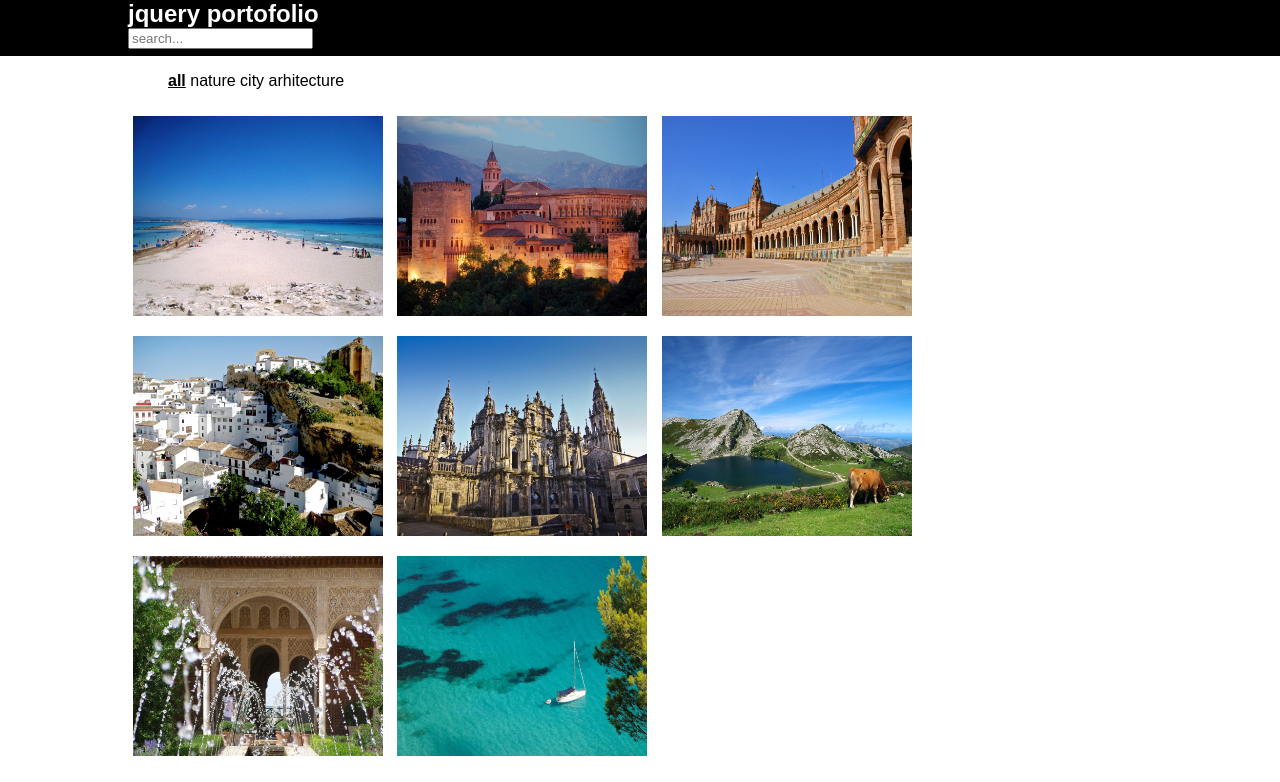
Repository: cpatrut/spring
Page: http://localhost/sparta/home.jsp
The author's editor kept a copy of each file at every save. The page is drawn from the files as they stood at one save, then again after the next save.
The browser window is 1280 px wide. The pictures show the whole page.
The page is served by Tomcat 9. Other server files are loaded and not shown.

Above is the page before, as saved 2015-06-14 12:37:35.

### sparta/WebContent/home.jsp
<%@ page language="java" contentType="text/html; charset=UTF-8"
    pageEncoding="UTF-8"%>
<!DOCTYPE html PUBLIC "-//W3C//DTD HTML 4.01 Transitional//EN" "http://www.w3.org/TR/html4/loose.dtd">
<html>
<head>
<title>This is porto</title>
<script type="text/javascript" src="js/jquery-1.9.1.min.js">

</script>
<link rel="stylesheet" type="text/css" href="css/style.css"/>
<script type="text/javascript" src="js/script.js">
</script>
<script type="text/javascript" src="js/filter.js">
</script>

<script type="text/javascript" src="js/jquery-ui-1.10.4.custom.min.js">
</script>
<meta http-equiv="Content-Type" content="text/html; charset=UTF-8">

</head>
<body>

	<div id="header">
		<div id="menu">
			<h2>jquery portofolio</h2>
			<input type="text" placeholder="search..."/>
		</div>
	</div>
	<div id="overlay">
	</div>
	<div id="frame">
		<table>
		<tr>
			<td  id="left">
				<img src="images/left.png" alt="left"/>

		</td>
			<td id="right">
				<img src="images/right.png" alt="right"/>
			</td>
		</tr></table>
		<img id="main" src="" alt=""/>
		<div id="description">
			<p></p>
		</div>
	</div>
	<div id="wrapper">
		<ul id="filter">
			<li class="active">all</li>
			<li>nature</li>
			<li>city</li>
			<li>arhitecture</li>
		</ul>
	<%@include file="list.jsp" %>
	</div>
</body>
</html>

### sparta/WebContent/list.jsp
	<ul id="portofolio">
		<li data-keywrods="bitch" class=" all nature"><img id="1" src="images/1.jpg" alt="img">	</li>
		<li data-keywrods="castle" class="all  arhitecture city"><img id="2"  src="images/2.jpg" alt="">	</li>
		<li data-keywrods="palace"  class="all arhitecture " ><img id="3"  src="images/3.jpg" alt="">	</li>
		<li data-keywrods="white house" class="all city" ><img id="4"  src="images/4.jpg" alt="">	</li>
		<li data-keywrods="church" class="all arhitecture"><img id="5"  src="images/5.jpg" alt="">	</li>
		<li data-keywrods="does not matters" class="all nature"><img id="6"  src="images/6.jpg" alt="">	</li>
		<li data-keywrods="lake" class="all arhitecture nature"><img id="7"  src="images/7.jpg" alt="">	</li>
		<li data-keywrods="beach" class="all nature"><img id="8"  src="images/8.jpg" alt="">	</li>
		</ul>

### sparta/WebContent/css/style.css
body{
margin:0;
padding:0;
font-family: arial,sans-serif;
}
#menu {
color:white;
	width:1024px;


	margin:0px auto;
}
h2{
margin:0px;
text-align:left;
}
	#header{
	width:100%;
	height:56px;
	background-color: black;
	}
	#wrapper{
	width:1024px;
	min-height: 500px;
	margin:0px auto;
	}
	#portofolio{
	list-style-type: none;
	padding-left: 0px;
	}
	#portofolio li{
		display:inline-block;
		margin:10px 5px 10px 5px;
	}
	#portofolio li img{
		width:250px;
		height:200px;
		cursor:pointer;
	}
	#overlay{
		width:100%;
		height:100%;
		position:fixed;
		background-color:black;
		opacity: 0.7;
		display:none;
			top:0px;
	}
	#frame{
	position:fixed;
	display:none;
	background-color:none;
	width:540px;
	height:386px;
	left:50%;
	margin-left:-350px;
	background-color:white;
	padding-top:20px;
	margin-left:-350px;;
	margin-top:15px;

	}
	#description p{
		text-align:center;
	}
	#description{
	background-color:white;
	padding-bottom:10px;
	}
	#frame table{
	position:absolute;
	width:503px;
	margin-left:20px;
	}
	#right{
	float:right;
	}
	#right img{
	float:right;
	}
	#right,#left{
	left: -0px;
    position: relative;
    top: 102px;
    cursor:pointer;
    }
	#left{
	left:-3px;}
	#overlay{
	cursor:pointer;
	}
	#left img{
	opacity:0.5;

	}
	#right img{
	opacity:0.5;
	}
	#frame #main{
	cursor:pointer;
	}
	#frame #main{
	width:500px;
	margin-left:20px;
	height: 331px;
	}
	#filter li{
		display:inline;
		cursor:pointer;
	}
	#filter li.active{
		font-weight:bold;
		text-decoration:underline;
	}

### sparta/WebContent/js/script.js
$(function () {
	var current_li;
	$("#portofolio").sortable(
	{
		stop:function(){
			var list_contents=$("#portofolio").html();
			$.post("/sparta/Script",{list:list_contents});
			console.log("x");
			console.log($.get("/sparta/Script"));

		}

	});

	function setImg(src,id){
		$("#frame #main").attr("src",src);
		var path="text/"+id+".txt";
		$.get(path,function(data){
			console.log(data);
			$("#description p").html(data);
		});
	}
	$("#portofolio img").click(function(){
		var src=$(this).attr("src");
		current_li=$(this).parent();
		var id=$(this).attr("id");
		setImg(src,id);

		$("#frame").fadeIn(500);
		$("#overlay").fadeIn(500);
	});
	$("#overlay").click(function () {
		$(this).fadeOut(500);
		$("#frame").fadeOut(500);

	});
	$("#right").click(function () {
		if(current_li.is(":last-child")){
			var next_li=$("#portofolio li").first();
		}
		else{
		var next_li = current_li.next();
		}

		var next_src = next_li.children("img").attr("src");

		var id=next_li.children("img").attr("id");
		setImg( next_src,id);
		$("#main").attr("src",next_src);
		current_li = next_li;
	});
	$("#left").click(function () {
		if(current_li.is(":first-child")){
			var 	prev_li=$("#portofolio li").last();

		}
		else{
			var prev_li=current_li.prev();
		}

		var prev_src=prev_li.children("img").attr("src");
		var id=prev_li.children("img").attr("id");
		setImg(prev_src,id);
		current_li=prev_li;
	});
	$("#right img ,#left img").mouseover(function(){
		$(this).css("opacity","0.75");
	});
		$("#right img ,#left img").mouseleave(function(){
		$(this).css("opacity","0.5");
	});

});

### sparta/WebContent/js/filter.js
$(function(){

	$("#filter li").click(function(){
		var category = $(this).html();

		$("#filter li").removeClass("active");
		$(this).addClass("active");


	var i=0;
		$("#portofolio li").each(function(){
			if($(this).hasClass(category)){
				$(this).show(500);
			}
			else{
				$(this).hide(500);
			}
		});
	});

});

Loaded but not shown: sparta/WebContent/js/jquery-1.9.1.min.js (library); sparta/WebContent/js/jquery-ui-1.10.4.custom.min.js (library)

After the next save:
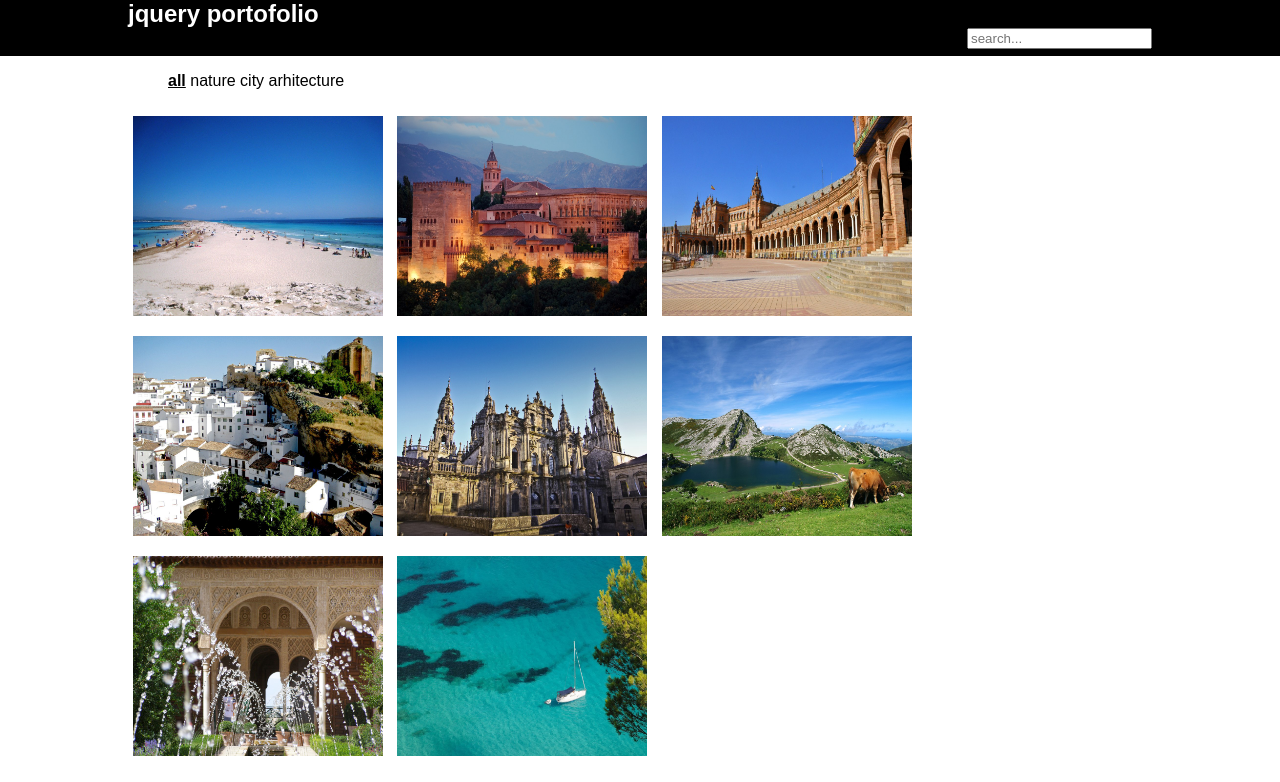
Saved 28 s later.
--- a/sparta/WebContent/home.jsp
+++ b/sparta/WebContent/home.jsp
@@ -23,7 +23,7 @@
 	<div id="header">
 		<div id="menu">
 			<h2>jquery portofolio</h2>
-			<input type="text" placeholder="search..."/>
+			<input type="text" style="float:right;" placeholder="search..."/>
 		</div>
 	</div>
 	<div id="overlay">
